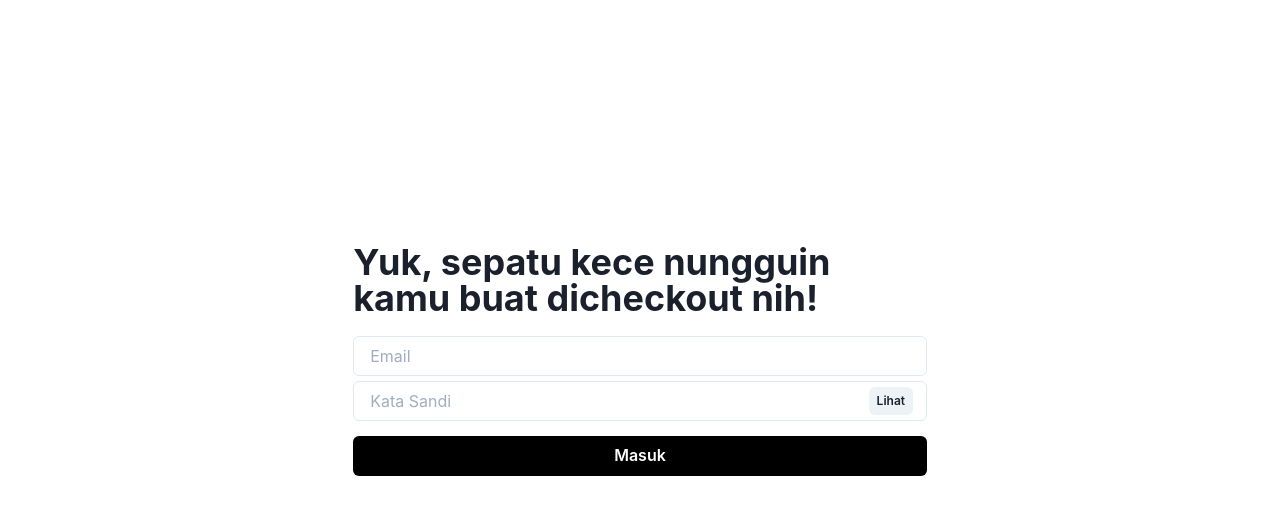
Repository: haileykwen/hanskering
Page: /
These files come from the project's save history. The page is drawn as it stood at one moment and after the next save; the edit follows.
The browser window is 1280 px wide. The pictures show the whole page.
The project was rebuilt for these pictures with package versions that can differ from the ones it lists, and the page was loaded fresh each time. Also part of the build but not shown: src/App.css, src/pages/Signup/index.js.

Above is the page before, as saved 2021-12-10 11:18:01.

### src/App.js
import './App.css';
import { Signin, Signup } from './pages';

function App() {
  return (
    // <Signup />
    <Signin />
  );
}

export default App;

### src/pages/index.js
import Signup from "./Signup";
import Signin from "./Signin";

export {
    Signup,
    Signin
}

### src/pages/Signin/index.js
import { Button } from '@chakra-ui/button'
import { Input, InputGroup, InputRightElement } from '@chakra-ui/input'
import { Container, Heading } from '@chakra-ui/layout'
import React from 'react'

const Signin = () => {
    const [show, setShow] = React.useState(false)
    const handleClick = () => setShow(!show)

    return (
        <Container minH="100vh" alignItems="center" justifyContent="center" centerContent>
            <Heading marginBottom="20px" lineHeight="100%">Yuk, sepatu kece nungguin kamu buat dicheckout nih!</Heading>

            <Input placeholder='Email' focusBorderColor="black"/>
            <InputGroup marginTop="5px">
                <Input
                    focusBorderColor="black"
                    type={show ? 'text' : 'password'}
                    placeholder='Kata Sandi'
                />
                <InputRightElement width='4.5rem'>
                    <Button h='1.75rem' size='xs' onClick={handleClick} _focus={{boxShadow: "none"}}>
                        {show ? 'Tutup' : 'Lihat'}
                    </Button>
                </InputRightElement>
            </InputGroup>

            <Button
                isLoading={false}
                loadingText='Submitting'
                marginTop="15px"
                width="100%"
                backgroundColor="black"
                transition="0.3s"
                outline="0"
                color="white"
                _hover={{backgroundColor: "white", color: "black", border: "2px solid black", transition: "0.3s", borderColor:"black"}}
                _focus={{boxShadow: "none"}}
            >
                Masuk
            </Button>
        </Container>
    )
}

export default Signin

Loaded but not shown: public/index.html (common file); src/index.js (common file); src/index.css (common file); src/reportWebVitals.js (common file)

After the next save:
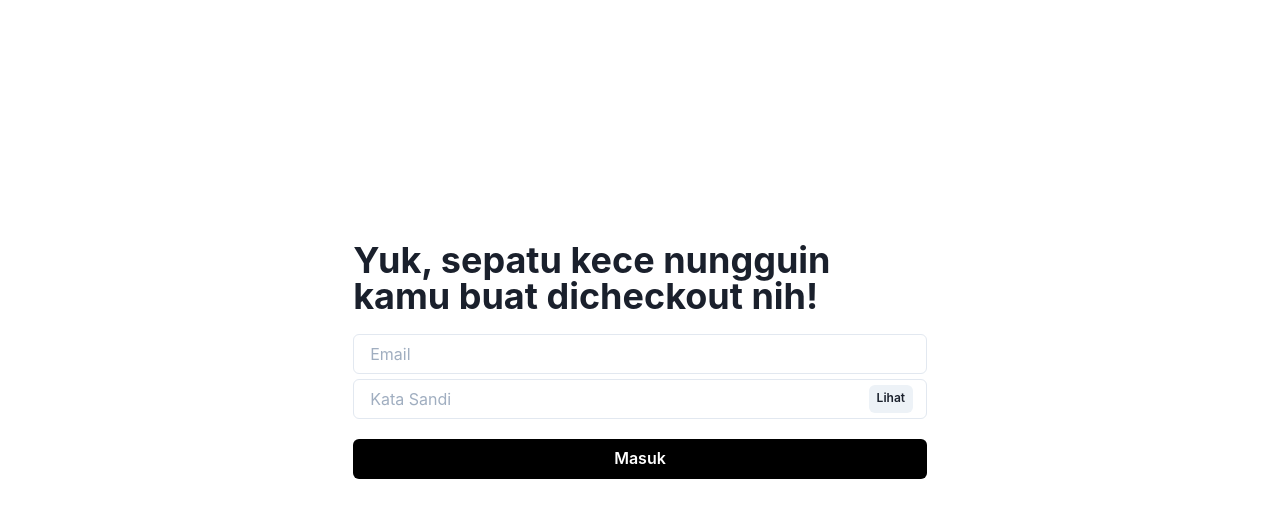
Saved 24 s later.
--- a/src/pages/Signin/index.js
+++ b/src/pages/Signin/index.js
@@ -28,7 +28,7 @@ const Signin = () => {
             <Button
                 isLoading={false}
                 loadingText='Submitting'
-                marginTop="15px"
+                marginTop="20px"
                 width="100%"
                 backgroundColor="black"
                 transition="0.3s"
